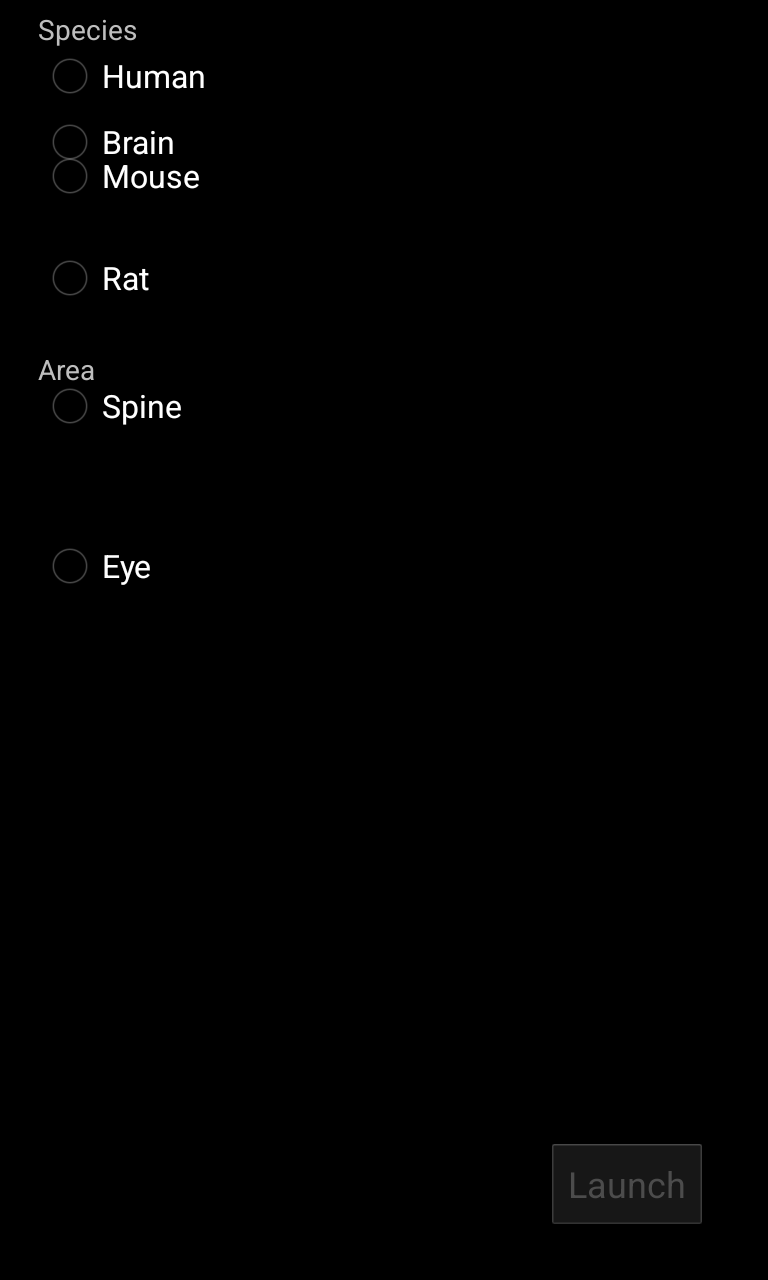
Repository: Ekarg/CSCE315Project3
Layout: Project3/res/layout/activity_main.xml
The author's editor kept a copy of each file at every save. The layout is drawn from the files as they stood at one save, then again after the next save.
It is drawn on a 768 x 1280 px phone screen (xhdpi) without system bars, with theme android:Theme.Holo; the app's code is not run.

Above is the layout before, as saved 2013-11-27 20:04:07.

After the next save:
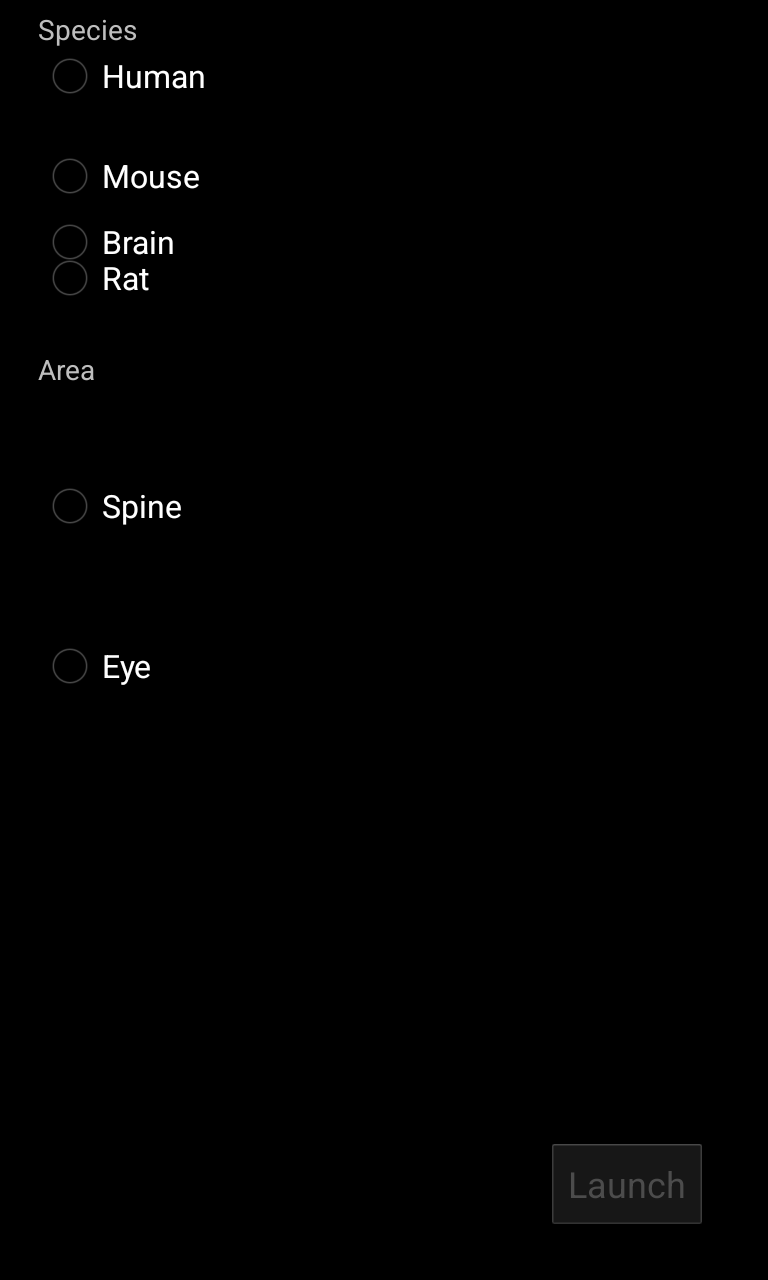
Saved 10 s later.
--- a/Project3/res/layout/activity_main.xml
+++ b/Project3/res/layout/activity_main.xml
@@ -90,7 +90,7 @@
 	        android:layout_width="wrap_content"
 	        android:layout_height="wrap_content"
 	        android:layout_marginLeft="14dp"
-	        android:layout_marginTop="50dp"
+	        android:layout_marginTop="100dp"
 	        android:checked="false"
 	        android:onClick="onRadioButtonClicked"
 	        android:text="@string/brain" />
